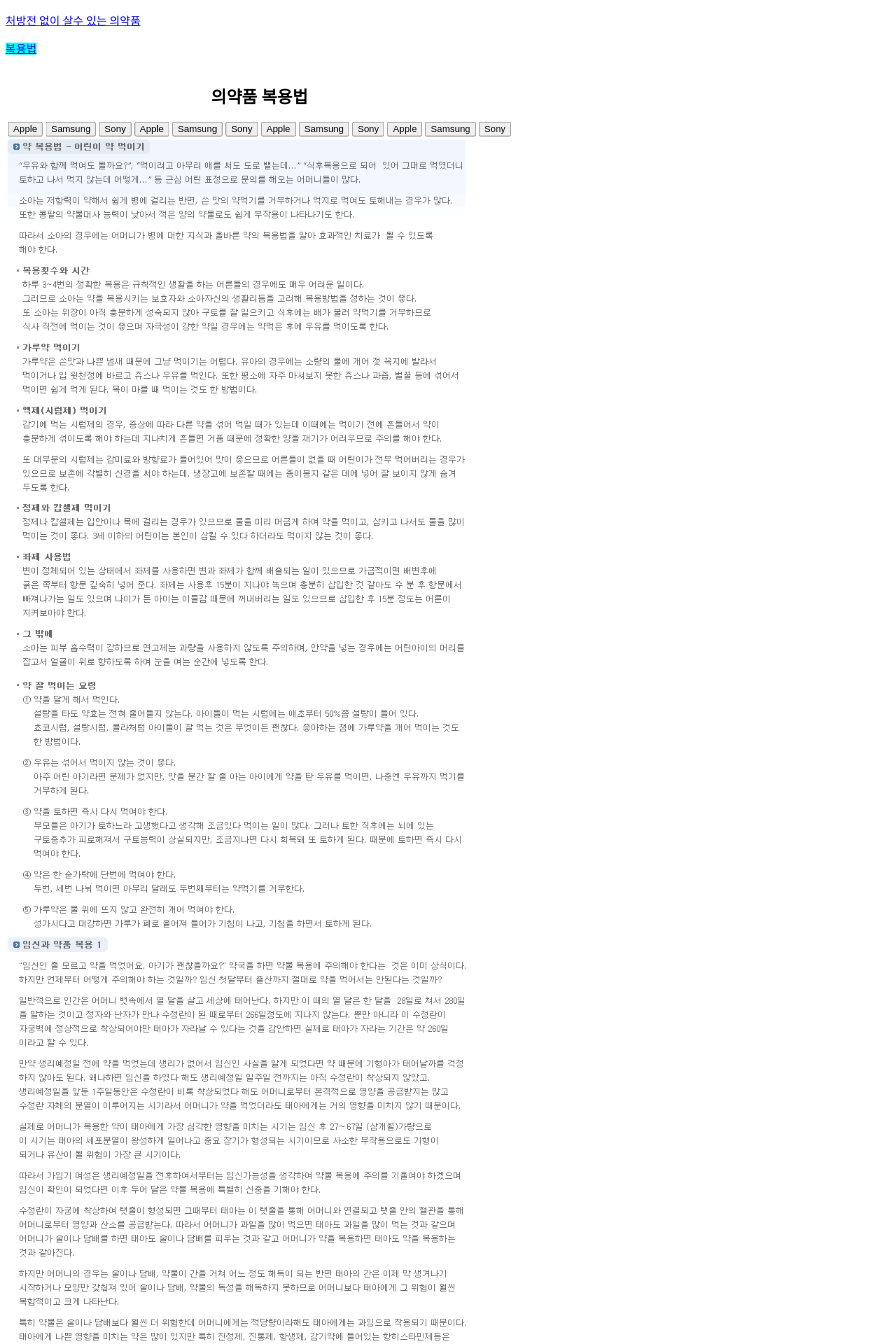
Repository: letzbegin/Study
Page: http://localhost/portfolio/WEB-INF/views/pillinfo/pill_useage.jsp
An editor plug-in stored every save of this project. The page is shown before and after the next save, followed by the edit.
The browser window is 1280 px wide. The pictures show the part of the page from y = 0 to 1920 px (the page is 4952 px tall before and 4956 px after), at 70% of full size.
The page is served by Tomcat 9. Nobody is signed in. The template is opened directly, without the code that normally fills it, so the values that code supplies are empty.

Above is the page before, as saved 2018-10-12 05:46:06.

After the next save:
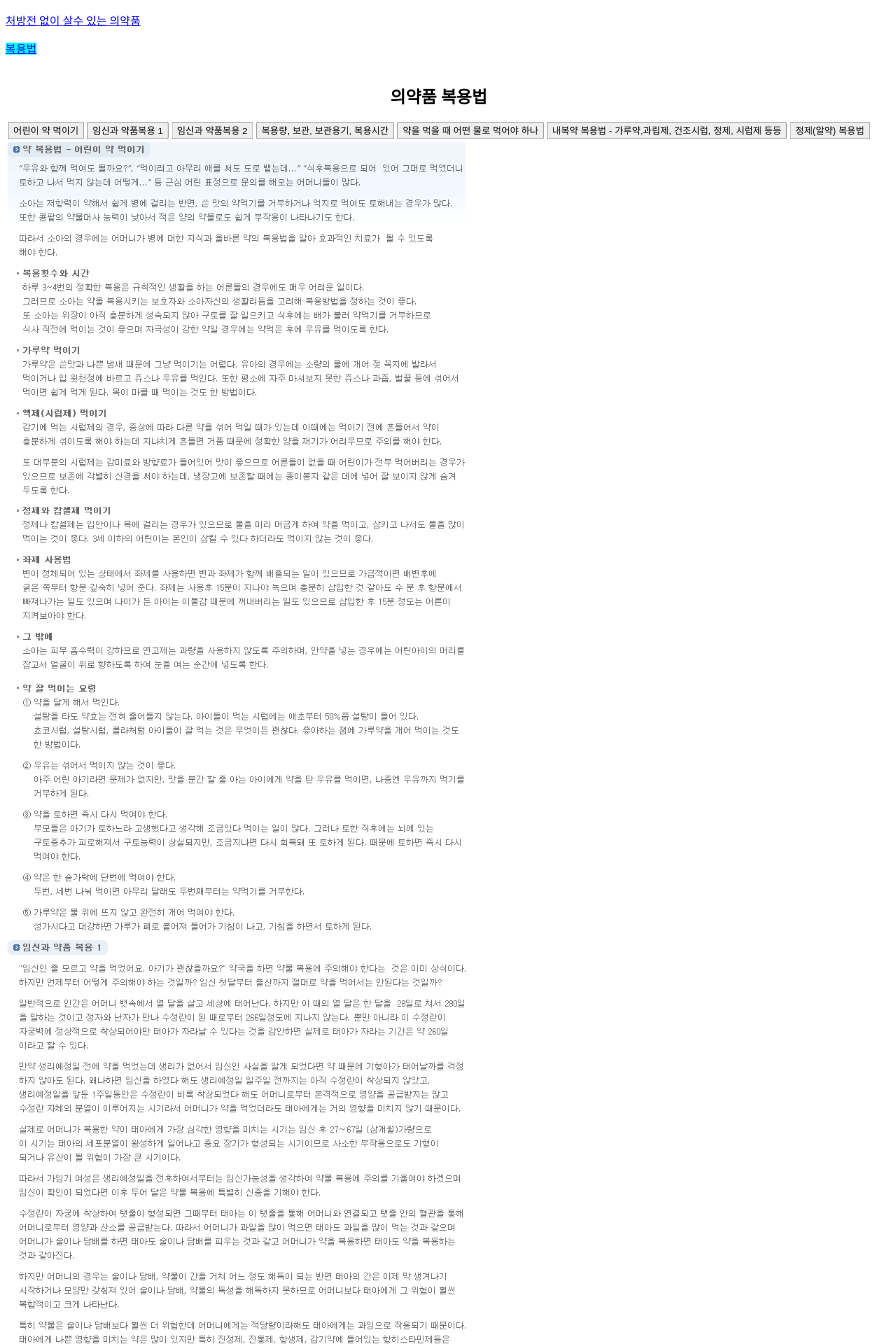
Saved 117 s later.
--- a/pol/portfolio/src/main/webapp/WEB-INF/views/pillinfo/pill_useage.jsp
+++ b/pol/portfolio/src/main/webapp/WEB-INF/views/pillinfo/pill_useage.jsp
@@ -27,18 +27,13 @@
 							<div class="panel panel-default">
 								<div class="panel-body">
 									<div class="btn-group">
-										<button type="button" class="btn btn-primary">Apple</button>
-										<button type="button" class="btn btn-primary">Samsung</button>
-										<button type="button" class="btn btn-primary">Sony</button>
-										<button type="button" class="btn btn-primary">Apple</button>
-										<button type="button" class="btn btn-primary">Samsung</button>
-										<button type="button" class="btn btn-primary">Sony</button>
-										<button type="button" class="btn btn-primary">Apple</button>
-										<button type="button" class="btn btn-primary">Samsung</button>
-										<button type="button" class="btn btn-primary">Sony</button>
-										<button type="button" class="btn btn-primary">Apple</button>
-										<button type="button" class="btn btn-primary">Samsung</button>
-										<button type="button" class="btn btn-primary">Sony</button>
+										<button type="button" class="btn btn-primary">어린이 약 먹이기</button>
+										<button type="button" class="btn btn-primary">임신과 약품복용 1</button>
+										<button type="button" class="btn btn-primary">임신과 약품복용 2</button>
+										<button type="button" class="btn btn-primary">복용량, 보관, 보관용기, 복용시간</button>
+										<button type="button" class="btn btn-primary">약을 먹을 때 어떤 물로 먹어야 하나</button>
+										<button type="button" class="btn btn-primary">내복약 복용법 - 가루약,과립제, 건조시럽, 정제, 시럽제 등등</button>
+										<button type="button" class="btn btn-primary">정제(알약) 복용법</button>
 									</div>
 								</div>
 							</div></th>
